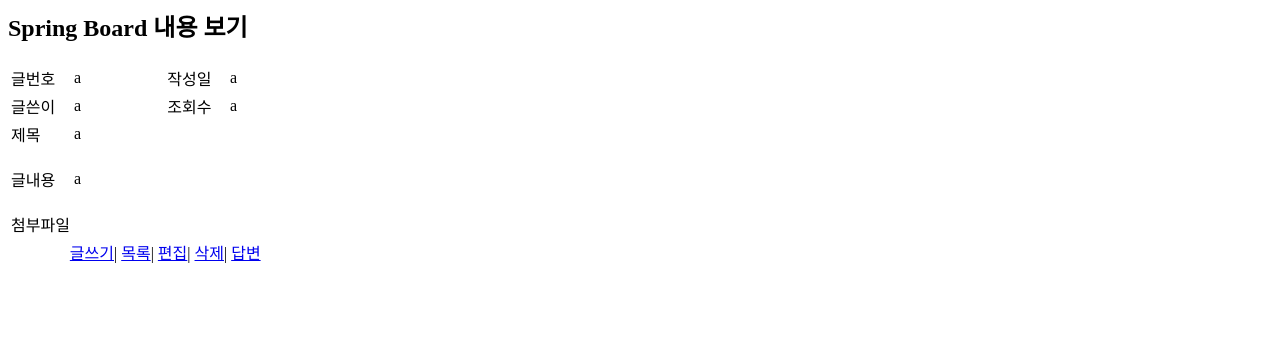
Repository: Jayking0215/myjava
Page: http://localhost/SpringWeb/WEB-INF/views/board/boardView.jsp
An editor plug-in stored every save of this project. The page is shown before and after the next save, followed by the edit.
The browser window is 1280 px wide. The pictures show the whole page.
The page is served by Tomcat 9. Nobody is signed in. Other server files are loaded and not shown. The template is opened directly, without the code that normally fills it, so the values that code supplies are empty.

Above is the page before, as saved 2023-05-12 01:21:31.

### SpringWorkspace/SpringWeb/src/main/webapp/WEB-INF/views/board/boardView.jsp
<%@ page language="java" contentType="text/html; charset=UTF-8"
	pageEncoding="UTF-8"%>
<h2 class="text-center my-3">Spring Board 내용 보기</h2>

	<%-- ${board} --%>
	<table class="table mt-4">
		<tr>
			<td width="20%">글번호</td>
			<td width="30%">a</td>
			<td width="20%">작성일</td>
			<td width="30%">a</td>
		</tr>
		<tr>
			<td width="20%">글쓴이</td>
			<td width="30%">a</td>
			<td width="20%">조회수</td>
			<td width="30%">a</td>
		</tr>
		<tr>
			<td width="20%">제목</td>
			<td colspan="3" align="left">a</td>
		</tr>
		<tr height="60">
			<td width="20%">글내용</td>
			<td colspan="3" align="left">a</td>
		</tr>
		<tr>
			<td width="20%">첨부파일</td>
			<td colspan="3">&nbsp; <!--  첨부파일이 있다면 -->
			</td>
		</tr>
		<tr>
			<td colspan="4" align=center><a href="../write">글쓰기</a>| <a
				href="../list">목록</a>| <a href="#" onclick="">편집</a>| <a href="#"
				onclick="">삭제</a>| <a href="javascript:goRe()">답변</a></td>
		</tr>
	</table>

After the next save:
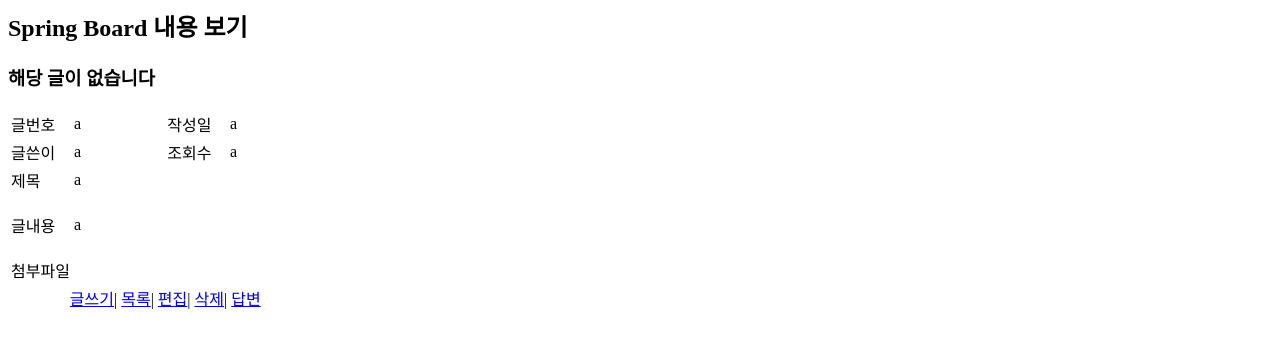
Saved 41 s later.
--- a/SpringWorkspace/SpringWeb/src/main/webapp/WEB-INF/views/board/boardView.jsp
+++ b/SpringWorkspace/SpringWeb/src/main/webapp/WEB-INF/views/board/boardView.jsp
@@ -1,8 +1,10 @@
 <%@ page language="java" contentType="text/html; charset=UTF-8"
 	pageEncoding="UTF-8"%>
 <h2 class="text-center my-3">Spring Board 내용 보기</h2>
-
 	<%-- ${board} --%>
+	<div class="alert alert-danger">
+		<h3>해당 글이 없습니다</h3>
+	</div>
 	<table class="table mt-4">
 		<tr>
 			<td width="20%">글번호</td>
